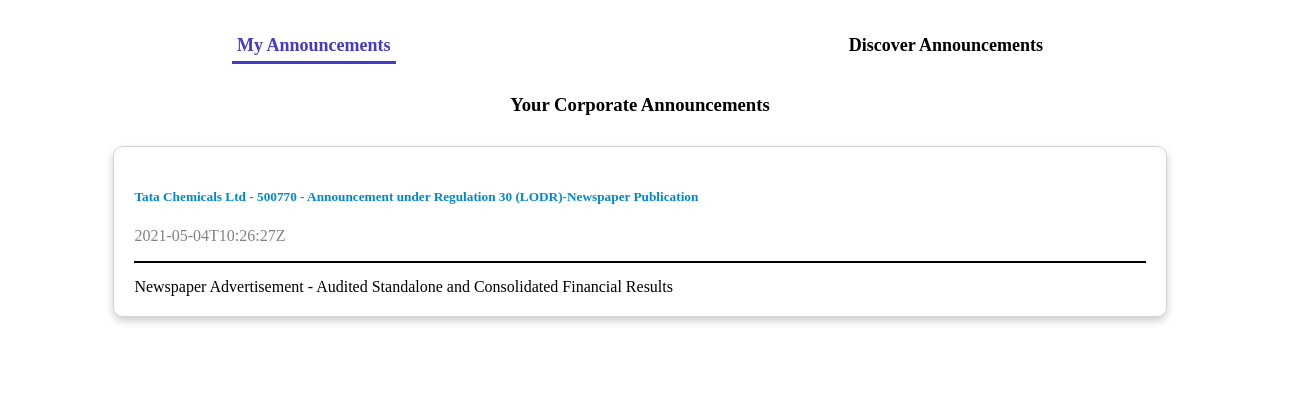
Repository: bhumikagohil/announcements
Page: announcements_tabs/index.html
The author's editor kept a copy of each file at every save. The page is drawn from the files as they stood at one save, then again after the next save.
The browser window is 1280 px wide. The page is 1280 px wide, then 1314 px, so the pictures cover 1314 px, including what lies to the right of the window. The pictures show the whole page.
The page's requests for data from a server got no answer.

Above is the page before, as saved 2021-05-13 14:00:23.

### announcements_tabs/index.html
<!DOCTYPE html>
<html lang="en">

<head>
    <meta charset="UTF-8">
    <meta name="viewport" content="width=device-width, initial-scale=1.0">
    <meta http-equiv="X-UA-Compatible" content="ie=edge">
    <link href="style.css" rel="stylesheet">

    <title>Corporate Announcements</title>
</head>
<script src="https://ajax.googleapis.com/ajax/libs/jquery/3.5.1/jquery.min.js"></script>

<script src="script.js" defer></script>

<body>

    <div class="container">
        <ul class="tabs">
            <li data-tab-target="#my-announcements" class="active tab">My Announcements</li>
            <li data-tab-target="#discover-announcements" class="tab" id="discover-tab">Discover Announcements</li>
        </ul>

        <div class="tab-content">
            <div id="my-announcements" data-tab-content class="active">
                <div class="container">
                    <h3 class="heading">Your Corporate Announcements</h3>
                </div>

                <div class="container" id="announcements-cards-container">
                    <div class="announcements-card" id=${item.news_id}>
                        <h5 class="title">
                            Tata Chemicals Ltd - 500770 - Announcement under Regulation 30 (LODR)-Newspaper Publication
                        </h5>
                        <p class="time">
                            2021-05-04T10:26:27Z
                        </p>
                        <hr/>
                        <div class="summary">
                            Newspaper Advertisement - Audited Standalone and Consolidated Financial Results
                        </div>
                    </div>
                </div>

            </div>
            <div id="discover-announcements" data-tab-content >
                <!-- Heading -->
                <div class="container">
                    <h3 class="heading">Discover Corporate Announcements</h3>
                </div>
                <!-- Autocomplete Bar -->
                <div class="container">
                    <form autocomplete="off" class="form">
                        <input id="input-field" placeholder="Search companies" type="text">
                        <ul class="autocomplete"></ul>
                    </form>
                </div>
                <!-- Cards Section -->
                <div class="container cards-container" id="discover-cards-container">
                </div>
            </div>

        </div>
    </div>

</body>

</html>

### announcements_tabs/style.css
[data-tab-content] {
  display: none;
}

.active[data-tab-content] {
  display: block;
}

.tabs {
  display: flex;
  justify-content: space-around;
  list-style-type: none;
  margin: 0;
  padding: 0;
}

.tab {
  cursor: pointer;
  padding: 5px;
  font-size: large;
  font-weight: bold;
}


.tab.active {
  color: #443ac8;
  border-bottom: 3px solid #443ac8;
}

.tab:hover {
  color: #443ac8;
}

/* Media Queries */
@media only screen and (max-width: 768px) {
  .tab {
    font-size: 10px;
  }
  .tab.active {
    border-bottom: 2px solid #443ac8;
  }
}

.container {
  width: 100%;
  margin: 30px auto;
}

.heading {
  text-align: center;
}

/*  ANNOUNCEMENTS */

.title {
  color: #0089d0;
}

.announcements-card {
  padding: 20px 20px;
  box-shadow: 0 4px 8px 0 rgba(0, 0, 0, 0.2);
  width: 80%;
  border: 1px solid #d3d3d3;
  border-radius: 10px;
  margin: auto;

  margin-bottom: 10px;
}

.announcements-card:hover {
  box-shadow: 0 8px 16px 0 rgba(0, 0, 0, 0.2);
}

hr {
  display: block;
  border: none;
  height: 2px;
  background-color: #000;
}

.time {
  /* font-size: 14px; */
  color: #858080;
}

.summary {
  overflow-x: auto;
  margin-top: 15px;
  /* font-size: 16px; */
}

/* DISCOVER ANNOUNCEMENTS */

/* Input Bar */
.form {
  width: 100%;
}

#input-field {
  position: absolute;
  width: 80%;
  /* height: 35px; */
  border-right: none;
  padding: 10px;
  border-radius: 4px;
  border: 1px solid #aab7ca;
}

input[type="text" i] {
  font-size: 14px;
}

/* Autocomplete Bar */
.autocomplete {
  width: 100%;
  position: absolute;
  background: #fff;
  list-style-type: none;
  margin-top: 48px;
  padding-left: 0;
  /* margin-left: auto; */
  z-index: 10;
}

.autocomplete-items {
  display: flex;
  padding: 0px 10px;
  cursor: pointer;
  border: 1px solid #d4d4d4;
  border-top: none;
}

.autocomplete-items:hover {
  background-color: #e9e9e9;
}

.autocomplete-title {
  margin-right: 20px;
  font-size: 14px;
}

.add-button {
  width: 50px;
  height: 26px;
  text-align: center;
  cursor: pointer;
  color: #fff;
  background-color: #4caf50;
  margin: auto 0 auto auto;
  border: none;
}

/* Card  */

.cards-container {
  margin-top: 80px;
  z-index: 1;
}
.discover-card {
  padding: 2% 4%;
  box-shadow: 0 4px 8px 0 rgba(0, 0, 0, 0.2);
  border: 1px solid #d3d3d3;
  border-radius: 5px;
  margin: auto;
  margin-bottom: 10px;
  display: flex;
  flex-direction: row;
  justify-content: space-between;
  align-items: center;
}

.status-button {
  position: relative;
  border: none;
  color: white;
  padding: 5px 10px;
  height: 30px;
  width: 70px;
  text-align: center;
  text-decoration: none;
  display: inline-block;
  font-size: 12px;
  cursor: pointer;
  background-color: #f11e0f;
  z-index: 1;
}

/* Loader */
@keyframes spinner {
  to {
    transform: rotate(360deg);
  }
}

.spinner:before {
  content: "";
  position: absolute;
  width: 18px;
  height: 18px;
  margin-top: -10px;
  margin-left: -10px;
  margin-right: -10px;
  border-radius: 50%;
  border-top: 2px solid #fff;
  border-right: 2px solid transparent;
  animation: spinner 0.6s linear infinite;
  z-index: 4;
}

/* @media only screen and (min-width: 425px) {
  .autocomplete {
    width: 77%;
  }
}

@media only screen and (min-width: 768px) {
  .autocomplete {
    width: 78.3%;
  }
}

@media only screen and (min-width: 1024px) {
  .autocomplete {
    width: 78.7%;
  }
}
@media only screen and (min-width: 1440px) {
  .autocomplete {
    width: 79.2%;
  }
} */

### announcements_tabs/script.js
const tabs = document.querySelectorAll("[data-tab-target]");
const tabContents = document.querySelectorAll("[data-tab-content]");

tabs.forEach((tab) => {
  tab.addEventListener("click", () => {
    const target = document.querySelector(tab.dataset.tabTarget);
    tabContents.forEach((tabContent) => {
      tabContent.classList.remove("active");
    });
    tabs.forEach((tab) => {
      tab.classList.remove("active");
    });
    tab.classList.add("active");
    target.classList.add("active");
  });
});

// ANNOUNCEMENTS

const hostname = "165.22.217.142";

const endpoint = `http://localhost:8000/null`;

fetch(endpoint)
  .then(function (response) {
    return response.json();
  })
  .then(function (response) {
    if (response.length < 1) {
      $(".announcements-card").html(
        "You haven't added any companies yet.Please click on discover announcements to add companies to receive corporate announcements "
      );
    } else {
      const newCard = response.map((item) => {
        return `
                      <div class="announcements-card">
                          <h5 class="title"> ${item.title} </h5>
                          <p class="time"> ${item.disseminated_time}</p>
                          <hr/>
                          <div class="summary">
                              ${item.summary}
                          </div>
                      </div>
                  `;
      });

      document
        .querySelector("#announcements-cards-container")
        .insertAdjacentHTML("afterbegin", newCard);
    }
  })
  .catch(function (err) {
    console.log("error: " + err);
  });

// DISCOVER ANNOUNCEMENTS

var query,
  company_cards_present = [];

const min_query_length = 3;
const spinner = `<div class="spinner"></div>`;

$(document).ready(function () {
  $("#input-field").on("input", function () {
    query = $(this).val();
    if (query.length >= min_query_length) {
      //   Fetching Autocomplete Sugguestions
      fetchData(
        `http://${hostname}/corpann/api/autocomplete/?search=${query}`,
        renderAutocompleteItem
      );
    } else {
      $(".autocomplete").empty();
    }
  });
});

// Fetching Followed Companies
$('#discover-tab').one("click", function () {
  // $("#loadingMessage").css('padding-top', '6%');
  console.log("clicked")
});


function fetchFollowedCompanies() {
  fetchData(
    `http://${hostname}/corpann/api/company/following/`,
    renderFollowedCompanies
  );
}

// Render Followed Companies

function renderFollowedCompanies(data) {
  data.map((item) => {
    createCard(item.company_name, item.scrip_id, "Unfollow");
  });
}

// Autocomplete Items

function renderAutocompleteItem(data) {
  var filtered_autocomplete_sugguestions = data.filter(
    (item) => !company_cards_present.includes(item.scrip_id)
  );

  var new_autocomplete_item = filtered_autocomplete_sugguestions
    .map((item) => {
      return `
                      <li class="autocomplete-items" onclick="createCard('${item.company_name}','${item.scrip_id}')">
                      <span  onclick="con('${item.company_name}','${item.scrip_id}')">
                         <p class="autocomplete-title"> ${item.company_name}</p>
                          <button id="${item.scrip_id}" class="add-button" onclick="createCard('${item.company_name}','${item.scrip_id}')">Add</button>
                     </span>
                          </li>
                  `;
    })
    .join("\n");

  $(".autocomplete").empty();

  document
    .querySelector(".autocomplete")
    .insertAdjacentHTML("afterbegin", new_autocomplete_item);
}

// Creating New Card
function createCard(name, id, text) {
  company_cards_present.push(parseInt(id));

  const card = `
                  <div class="discover-card" id="${id}">
                      <h5 class="card-title"> ${name} </h5>
                      <button class="status-button" onclick="removeCard('${id}', this)">
                       ${text || spinner}
                      </button>
                  </div>
              `;

  $(".autocomplete").empty();

  $("#input-field").val("");

  document
    .querySelector("#discover-cards-container")
    .insertAdjacentHTML("afterbegin", card);

  getCompanyStatus(name, id);
}

// Fetching Company Status

function getCompanyStatus(name, id) {
  fetchData(
    `http://${hostname}/corpann/api/follow/?company=${id}`,
    checkStatus
  );
}

function checkStatus(data) {
  if (data.company_status === "Confirmed") {
    $("#" + data.scrip_id)
      .children("button")
      .html("Unfollow");
  } else {
    card = $("#discover-cards-container").children().first();
    card
      .children("button")
      .html("Try again")
      .css("background-color", "#4caf50");
    setTimeout(() => {
      removeGivenCard(card);
    }, 1000);
    company_cards_present.splice(
      company_cards_present.indexOf(card.attr("id")),
      1
    );
  }
}

function removeGivenCard(card) {
  card.remove();
}

// Removing Card on Unfollow

function removeCard(id, obj) {
  $(obj).html(spinner);
  company_cards_present = company_cards_present.filter(function (e) {
    return e !== parseInt(id);
  });
  fetchData(
    `http://${hostname}/corpann/api/unfollow/?company=${id}`,
    checkUnfollowStatus
  );
}

function checkUnfollowStatus(data) {
  if (data.company_status === "Confirmed") {
    $("#" + data.scrip_id).remove();
  } else {
    $("#status-button").html("Unfollow");
  }
}
// Fetch Function

function fetchData(endpoint, onSuccess) {
  fetch(endpoint)
    .then(function (response) {
      return response.json();
    })
    .then(function (response) {
      onSuccess(response.data);
    })
    .catch(function (err) {
      console.log(err);
    });
}

async function postData(url = "", data = {}, onSuccess) {
  // Default options are marked with *
  const response = await fetch(url, {
    method: "POST", // *GET, POST, PUT, DELETE, etc.
    mode: "cors", // no-cors, *cors, same-origin
    cache: "no-cache", // *default, no-cache, reload, force-cache, only-if-cached
    credentials: "same-origin", // include, *same-origin, omit
    headers: {
      "Content-Type": "application/json",
      // 'Content-Type': 'application/x-www-form-urlencoded',
    },
    redirect: "follow", // manual, *follow, error
    referrerPolicy: "no-referrer", // no-referrer, *no-referrer-when-downgrade, origin, origin-when-cross-origin, same-origin, strict-origin, strict-origin-when-cross-origin, unsafe-url
    body: JSON.stringify(data), // body data type must match "Content-Type" header
  })
    .then(function (response) {
      return response.json(); // parses JSON response into native JavaScript objects
    })
    .then(function (response) {
      onSuccess(response.data);
    })
    .catch(function (err) {
      console.log("error: " + err);
    });
}

After the next save:
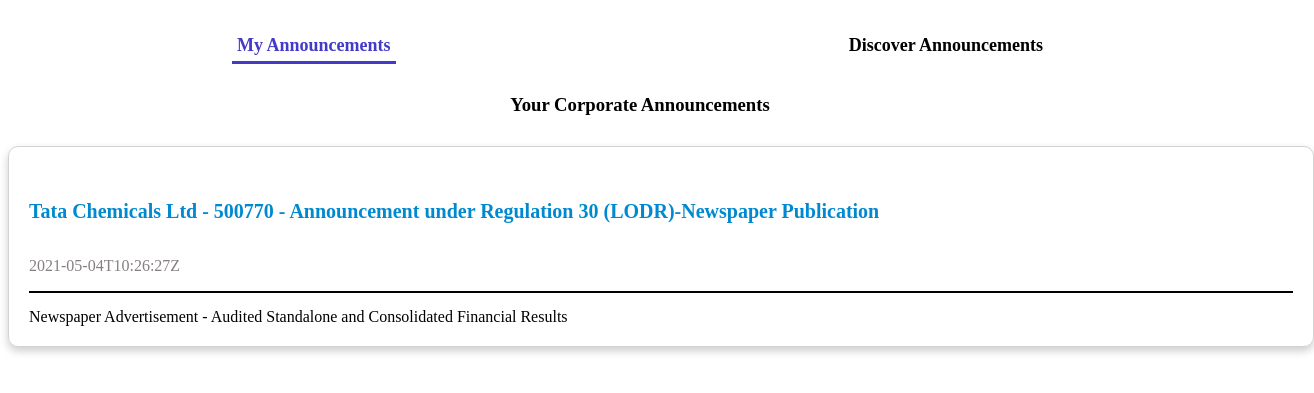
Saved 77 s later.
--- a/announcements_tabs/index.html
+++ b/announcements_tabs/index.html
@@ -28,8 +28,15 @@
                 </div>
 
                 <div class="container" id="announcements-cards-container">
-                    <div class="announcements-card" id=${item.news_id}>
-                        <h5 class="title">
+                    <div class="announcements-card" id=${item.news_id} style="    padding: 20px 20px;
+                    box-shadow: 0 4px 8px 0 rgb(0 0 0 / 20%);
+                    width: 100%;
+                    border: 1px solid #d3d3d3;
+                    border-radius: 10px;
+                    margin: auto;
+                    margin-bottom: 10px;">
+                        <h5 class="title" style="    font-size: 1.25rem;
+                        ">
                             Tata Chemicals Ltd - 500770 - Announcement under Regulation 30 (LODR)-Newspaper Publication
                         </h5>
                         <p class="time">
